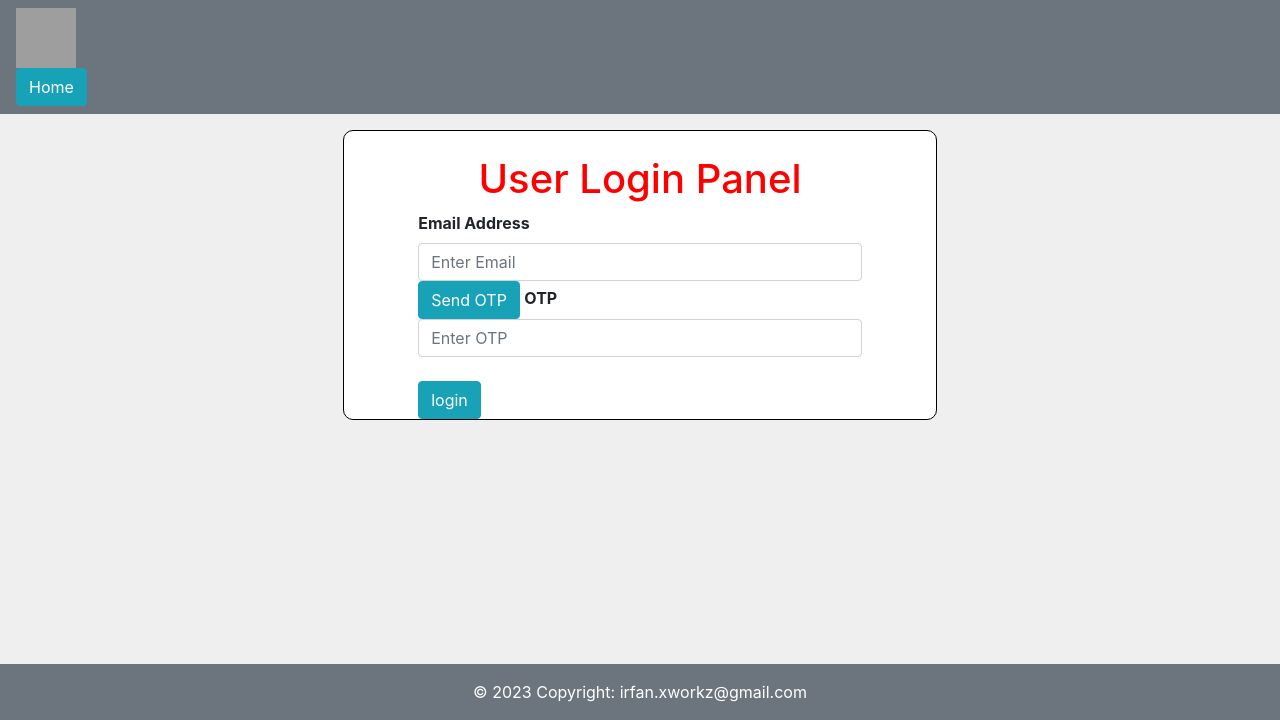
Repository: irfanxworkz/Project
Page: http://localhost/parking/UserLogin.jsp
An editor plug-in stored every save of this project. The page is shown before and after the next save, followed by the edit.
The browser window is 1280 px wide. The pictures show the whole page.
Pictures or frames that could not be fetched are drawn as grey boxes. The page is served by Tomcat 9. Other server files are loaded and not shown.

Above is the page before, as saved 2023-07-09 23:50:34.

### parking/src/main/webapp/UserLogin.jsp
<%@ page language="java" contentType="text/html; charset=UTF-8"
    pageEncoding="UTF-8"%>
<!DOCTYPE html>
<html>
<head>
<meta charset="UTF-8">
<title>AdminPanel</title>
<link rel="stylesheet"
	href="https://cdn.jsdelivr.net/npm/bootstrap@4.4.1/dist/css/bootstrap.min.css">
	<link rel="stylesheet" href="Parking.css">
</head>
<header>
	<div class="fixed-header">
		<nav class="navbar navbar-dark bg-secondary justify-content-between">
			<img src="https://w7.pngwing.com/pngs/974/17/png-transparent-car-park-parking-computer-icons-parking-text-rectangle-logo-thumbnail.png" alt="" width="60" height="60">
		    <a  href="Home.jsp" class="btn btn-info" type="button" style="margin-right: 1150px;">Home</a>
		</nav>
	</div>
</header>
<body >
 	<div class="container">
		<form action="user-login" method="post" style="background-color: white; margin-top: 50px; margin-left: 200px; margin-right: 200px; border: 1px solid black; border-radius: 10px;">
				<span></span><br>
				<h1 style="text-align: center; color: red;">User Login Panel</h1>
			<div class="container">
			<label for="email"><b>Email Address</b></label>
			    <input type="email" name="email" class="form-control" placeholder="Enter Email" required="required"><input type="submit" value="Send OTP" class="btn btn-info"><span style="color: red;">${user }</span>
			<label for="otp"><b>OTP</b></label>
			    <input type="number" name="otp" class="form-control" placeholder="Enter OTP" required="required"><br>
			 	 <input type="submit" value="login"  class="btn btn-info">
			 	<span></span><br>
			</div>
		</form>
	</div>
</body>
	<div class="fixed-footer">
		<footer class="bg-secondary text-white">
		    <div class="text-center p-3" style="background-color: secondary;">
		      © 2023 Copyright:
		      <a class="text-white" href="https://irfan.xworkz@gmail.com/">irfan.xworkz@gmail.com</a>
		    </div>
		 </footer>
	</div>
</html>

### parking/src/main/webapp/Parking.css
@charset "UTF-8";



 /* Add some padding on document's body to prevent the content
    to go underneath the header and footer */
 	body{
        padding-top: 80px;
        padding-bottom: 60px;
        background-color: buttonface;
    }
    .container{
        width: 80%;
        margin: 0 auto; /* Center the DIV horizontally */
    }
    .fixed-header, .fixed-footer{
        width: 100%;
        position: fixed;

    }
    .fixed-header{
        top: 0;
    }
    .fixed-footer{
        bottom: 0;
    }


 /* using for table and body*/
 #customers {
  font-family: Arial, Helvetica, sans-serif;
  border-collapse: collapse;
  width: 100%;
}

#customers td, #customers th {
  border: 1px solid #ddd;
  padding: 8px;
}

#customers tr:nth-child(even){background-color: #f2f2f2;}

#customers tr:hover {background-color: #ddd;}

#customers th {
  padding-top: 12px;
  padding-bottom: 12px;
  text-align: left;
  background-color: #04AA6D;
  color: white;
}

After the next save:
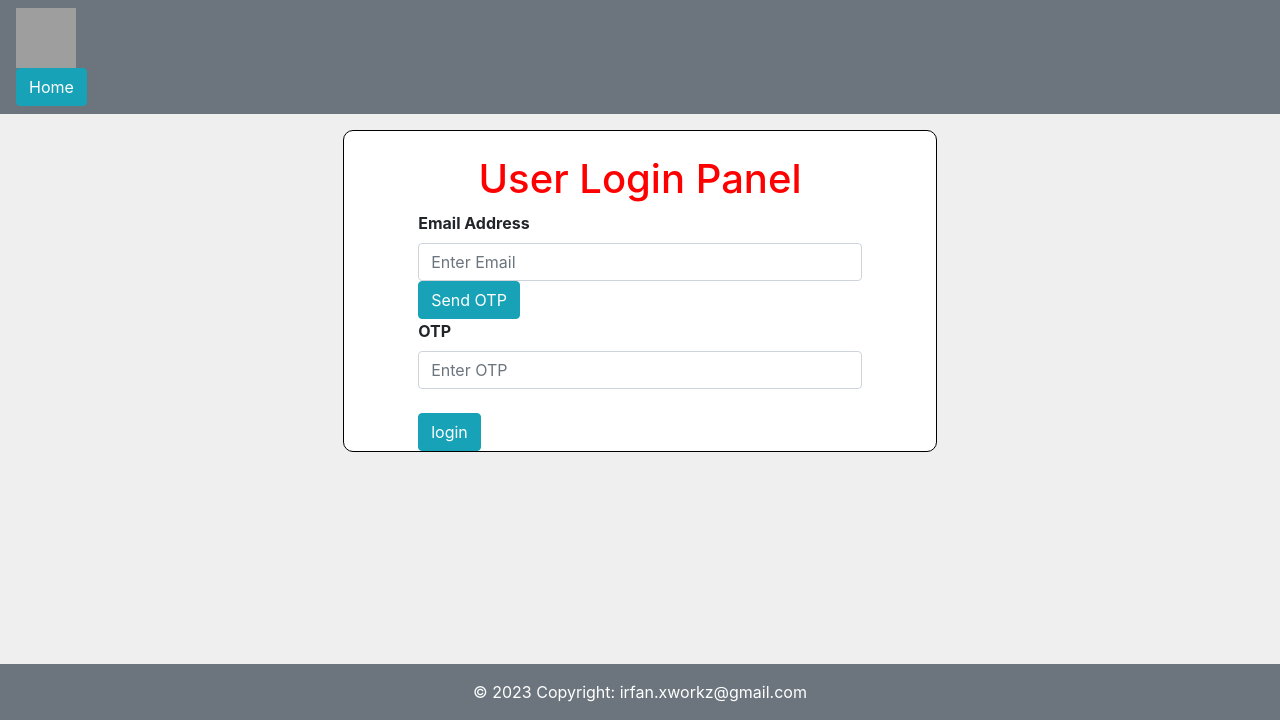
Saved 23 s later.
--- a/parking/src/main/webapp/UserLogin.jsp
+++ b/parking/src/main/webapp/UserLogin.jsp
@@ -24,7 +24,7 @@
 				<h1 style="text-align: center; color: red;">User Login Panel</h1>
 			<div class="container">
 			<label for="email"><b>Email Address</b></label>
-			    <input type="email" name="email" class="form-control" placeholder="Enter Email" required="required"><input type="submit" value="Send OTP" class="btn btn-info"><span style="color: red;">${user }</span>
+			    <input type="email" name="email" class="form-control" placeholder="Enter Email" required="required"><input type="submit" value="Send OTP" class="btn btn-info"><span style="color: red;">${user }</span><br>
 			<label for="otp"><b>OTP</b></label>
 			    <input type="number" name="otp" class="form-control" placeholder="Enter OTP" required="required"><br>
 			 	 <input type="submit" value="login"  class="btn btn-info">
